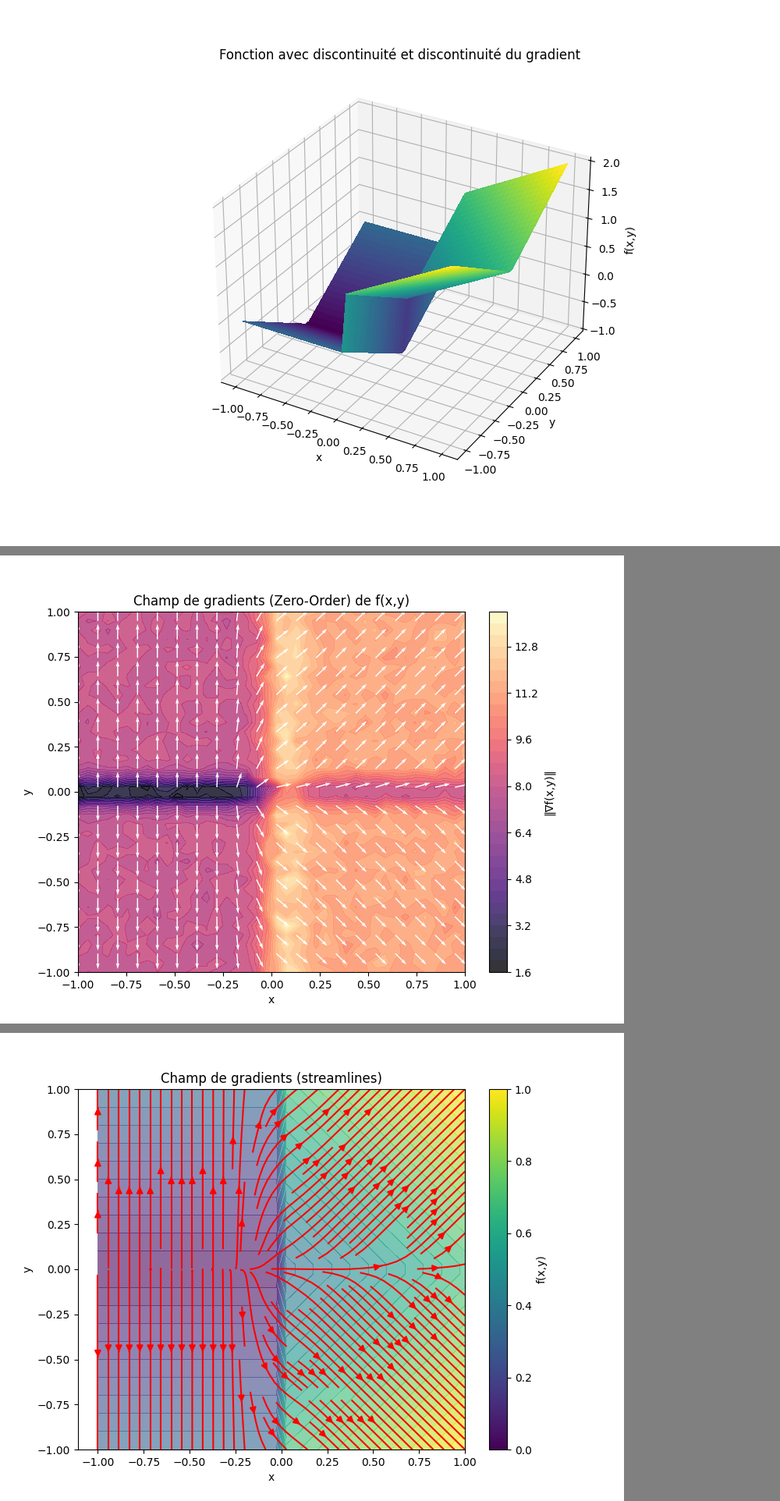
Repository: oomcth/Gradient-smoothing
Script's output: python test2D.py
The author's editor kept a copy of each file at every save. The script's output is drawn from the files as they stood at one save, then again after the next save.
The pictures are shown at 78% of full size.
Each picture stacks the figures in order, with grey between them; figures that are only written to a file come last. Random numbers start from a fixed seed.

Above is the script's output before, as saved 2025-11-23 23:04:56.

### test2D.py
import numpy as np
import matplotlib.pyplot as plt

sigma = 0.1
M = 500
Ns = 500
rng = np.random.default_rng()
L = 3


def f2(x, y):
    return np.where(x >= 0, x + np.abs(y), -1 + np.abs(y))


def grad_f2(Xs):
    x = Xs[:, 0]
    y = Xs[:, 1]
    dfdx = np.where(x > 0, 1.0, 0.0)
    dfdy = np.where(y > 0, 1.0, -1.0)
    return np.stack((dfdx, dfdy), axis=1)


def gaussian_density(omega, sigma):
    omega = np.asarray(omega)
    norm_sq = np.sum(omega**2, axis=-1)
    const = 1.0 / (2 * np.pi * sigma**2)
    return const * np.exp(-norm_sq / (2 * sigma**2))


def zo_gradient_2d(f, x, y):
    X = np.array([x, y])
    omegas = rng.normal(0, sigma, size=(M, 2))
    Xs = X + omegas
    f_vals = f(Xs[:, 0], Xs[:, 1])
    weights = -omegas / (sigma**2)
    grad_est = -(f_vals[:, None] * weights).mean(axis=0)
    return grad_est


def fo_gradient_2d(f, x, y):
    X = np.array([x, y])
    omegas = rng.normal(0, sigma, size=(M, 2))
    Xs = X + omegas
    grads = grad_f2(Xs)
    p_vals = gaussian_density(omegas, sigma)
    grads_vals = grads * p_vals[:, None]
    y_s = rng.uniform(-L, L, size=Ns)
    z = np.stack((np.zeros_like(y_s), y_s), axis=1)
    p_surface = gaussian_density(z - X, sigma)
    surf_term = np.array([1.0, 0.0]) * (2 * L / Ns) * np.sum(p_surface)
    return grads_vals.mean(0) + surf_term


xv = np.linspace(-1, 1, 40)
yv = np.linspace(-1, 1, 40)
X, Y = np.meshgrid(xv, yv)

U = np.zeros_like(X)
V = np.zeros_like(Y)

for i in range(X.shape[0]):
    for j in range(X.shape[1]):
        grad = fo_gradient_2d(f2, X[i, j], Y[i, j])
        U[i, j], V[i, j] = grad[0], grad[1]

Z = f2(X, Y)

fig = plt.figure(figsize=(10, 7))
ax = fig.add_subplot(111, projection="3d")
ax.plot_surface(X, Y, Z, cmap="viridis", linewidth=0, antialiased=False)
ax.set_title("Fonction avec discontinuité et discontinuité du gradient")
ax.set_xlabel("x")
ax.set_ylabel("y")
ax.set_zlabel("f(x,y)")
plt.show()

fig, ax = plt.subplots(figsize=(8, 6))
cont = ax.contourf(X, Y, np.sqrt(U**2 + V**2), levels=30, cmap="magma", alpha=0.8)
step = 2
norm = np.sqrt(U**2 + V**2)
Udir = U / (norm + 1e-8)
Vdir = V / (norm + 1e-8)
ax.quiver(
    X[::step, ::step],
    Y[::step, ::step],
    Udir[::step, ::step],
    Vdir[::step, ::step],
    color="white",
    scale=25,
)
ax.set_xlabel("x")
ax.set_ylabel("y")
ax.set_title("Champ de gradients (Zero-Order) de f(x,y)")
plt.colorbar(cont, ax=ax, label="‖∇f(x,y)‖")
plt.show()

plt.figure(figsize=(8, 6))
plt.contourf(X, Y, Z, levels=30, cmap="viridis", alpha=0.6)
plt.streamplot(X, Y, U, V, color="red", density=1.2, arrowsize=1.2)
plt.xlabel("x")
plt.ylabel("y")
plt.title("Champ de gradients (streamlines)")
plt.colorbar(label="f(x,y)")
plt.show()

After the next save:
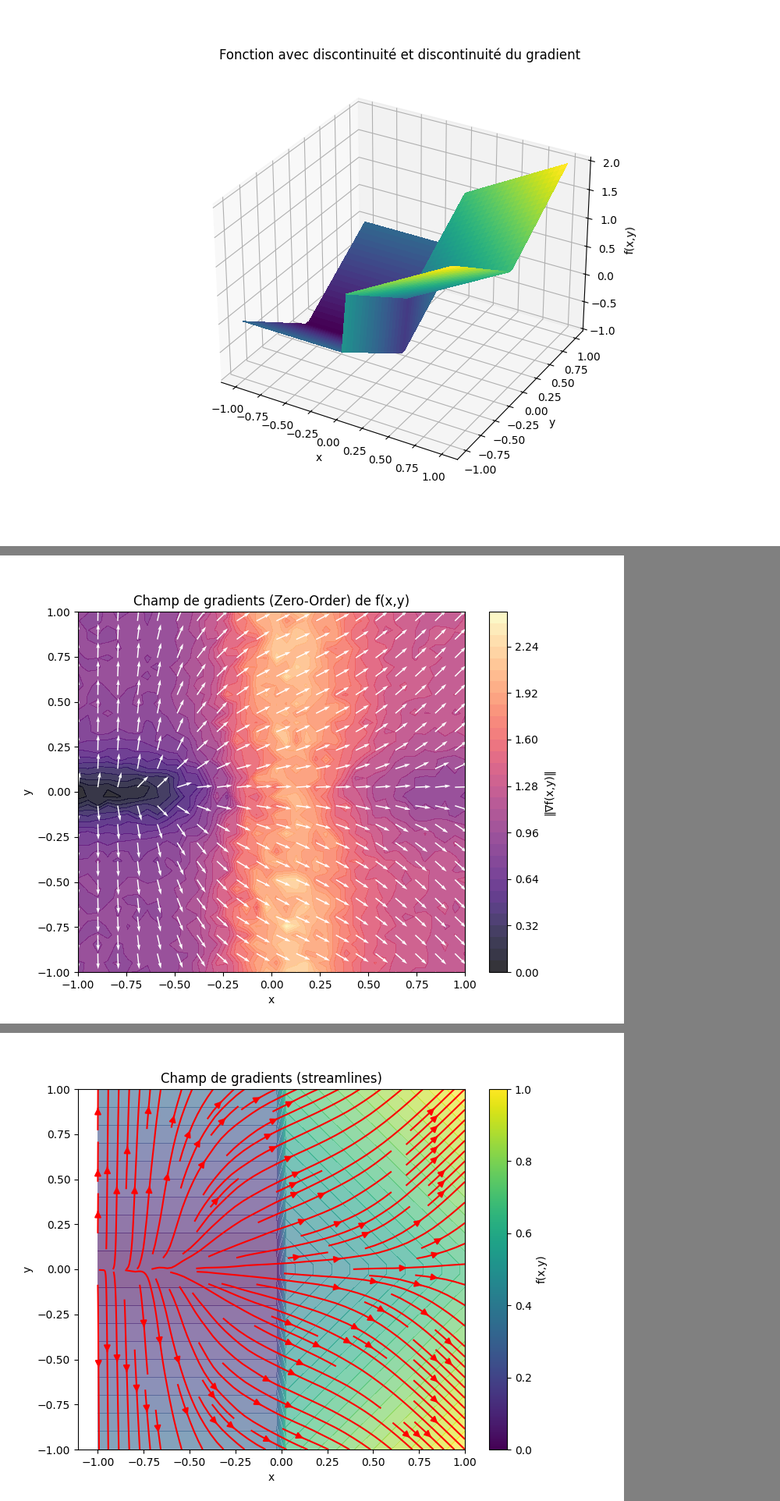
Saved 37 s later.
--- a/test2D.py
+++ b/test2D.py
@@ -1,7 +1,7 @@
 import numpy as np
 import matplotlib.pyplot as plt
 
-sigma = 0.1
+sigma = 0.3
 M = 500
 Ns = 500
 rng = np.random.default_rng()

After the save that followed:
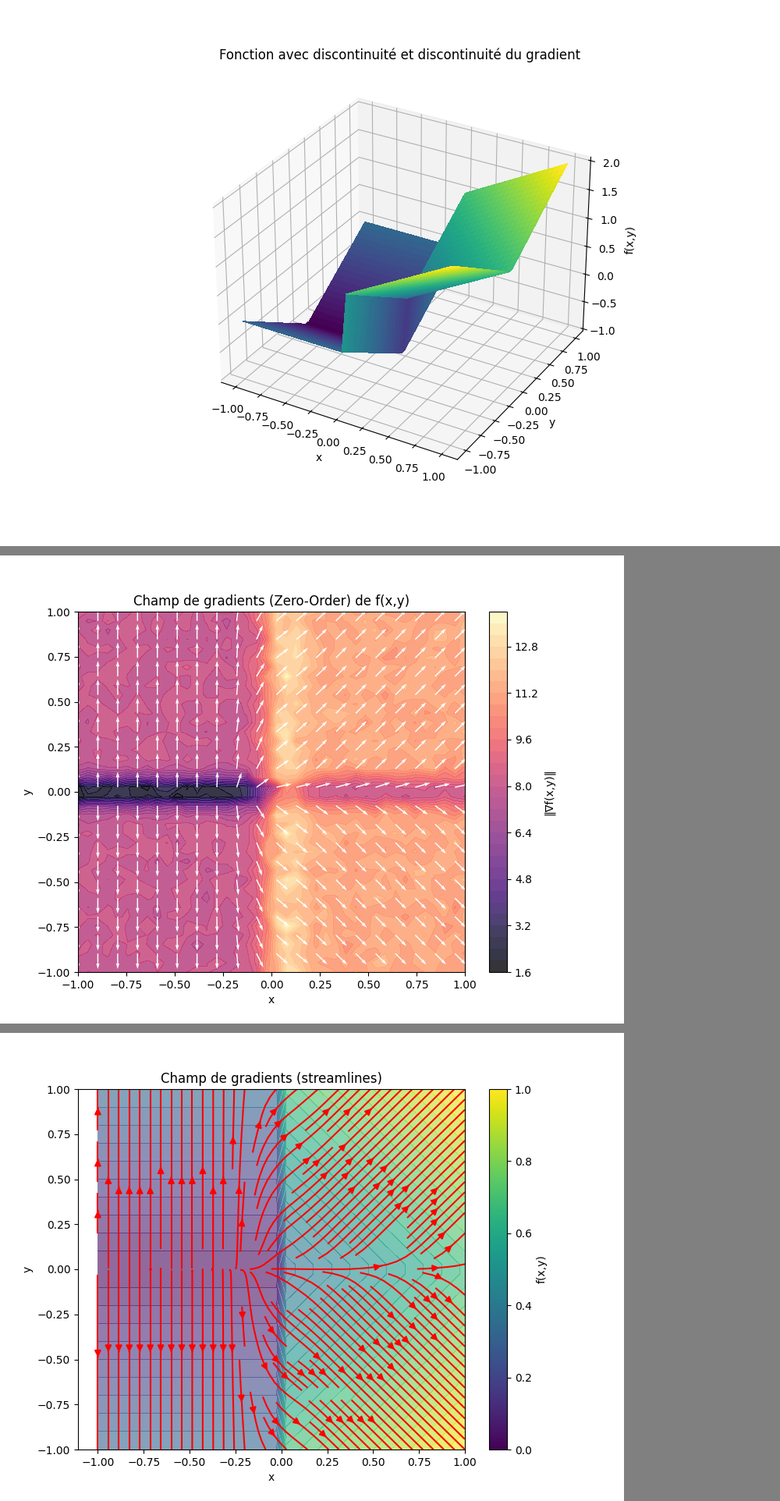
Saved 28 s later.
--- a/test2D.py
+++ b/test2D.py
@@ -1,7 +1,7 @@
 import numpy as np
 import matplotlib.pyplot as plt
 
-sigma = 0.3
+sigma = 0.1
 M = 500
 Ns = 500
 rng = np.random.default_rng()
